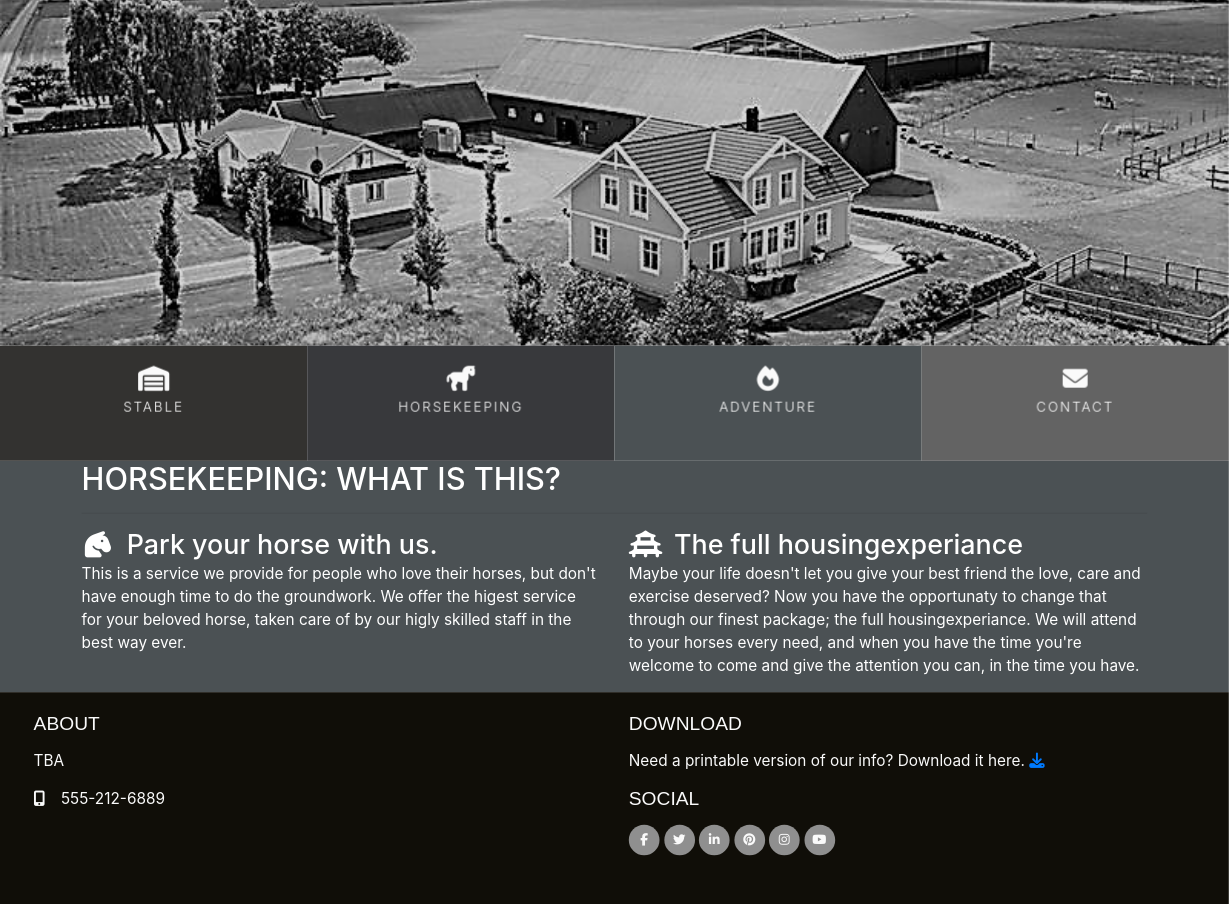
Repository: Jadehammar/frontendmilestone
Page: horsekeeping.html
The author's editor kept a record of every edit. The page is drawn from the files as they stood at one moment, then again after the next edit.
The browser window is 1280 px wide. The pictures show the whole page, at 96% of full size.
Backgrounds fixed to the window are drawn as part of the page. Some web libraries are served in a nearby version.

Above is the page before.

After the next edit:
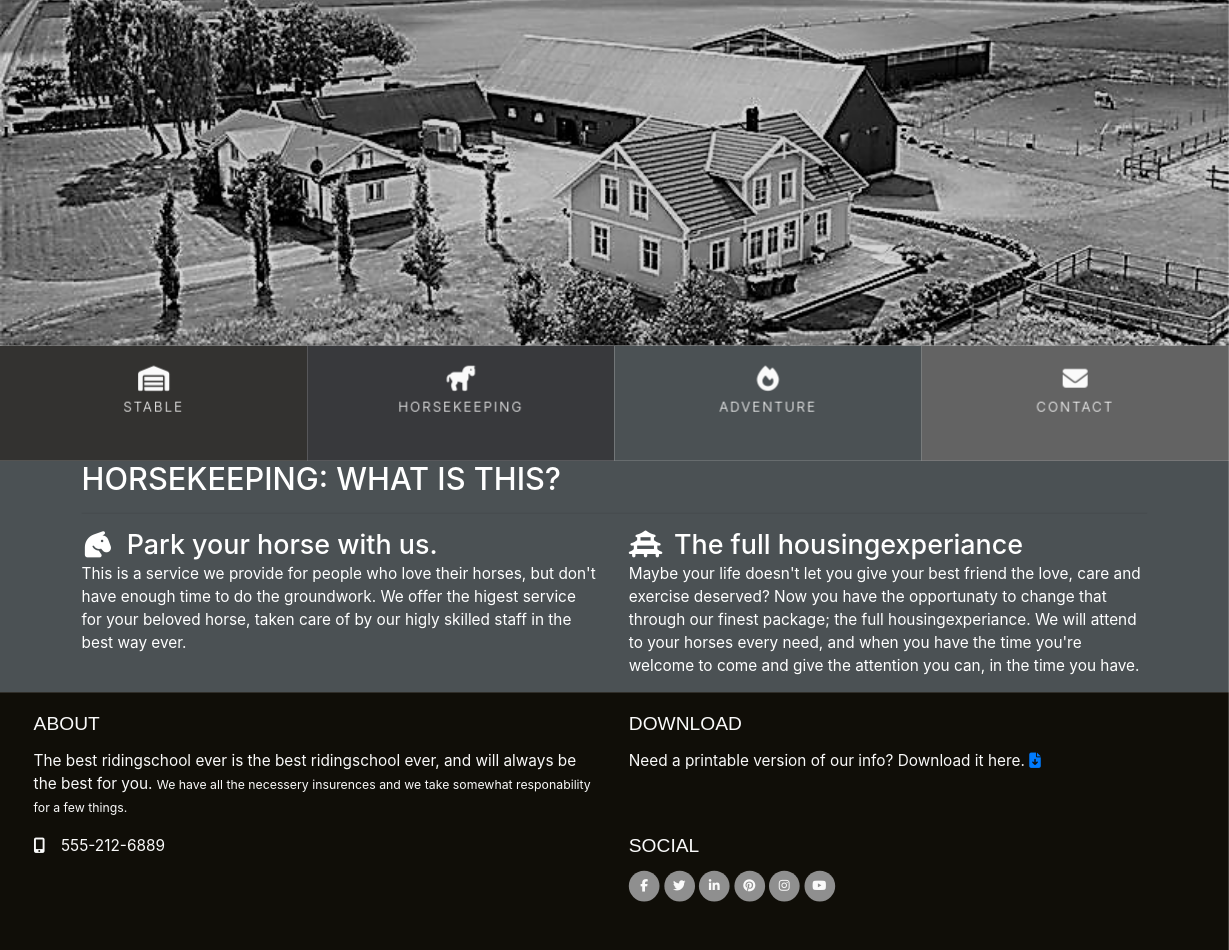
The edit:
--- a/horsekeeping.html
+++ b/horsekeeping.html
@@ -73,7 +73,8 @@
             <div class="col-sm-6">
                 <h5 class="uppercase general-sub">About</h5>
                 <p class="inline-block">
-                    TBA
+                    The best ridingschool ever is the best ridingschool ever, and will always be the best for you.
+                    <small>We have all the necessery insurences and we take somewhat responability for a few things.</small>
                 </p>
             </div>
             <div class="col-sm-6">
@@ -81,7 +82,7 @@
                 <p class="inline-block">
                     Need a printable version of our info? Download it here.
                     <a href="assets/info.pdf" taraget="_blank" class="info-pdf">
-                        <i class="fa fa-download" aria-hidden="true"></i>
+                        <i class="fas fa-file-download" aria-hidden="true"></i>
                         <span class="sr-only">Download link.</span>
                     </a>
                 </p>
@@ -93,7 +94,7 @@
                     </a>
                 </p>
             </div>
-            <div class="col-sm-4">
+           <div class="col-sm-4">
                 <h5 class="uppercase general-sub">social</h5>
                 <ul class="list-inline social-links">
                     <li class="list-inline-item">
